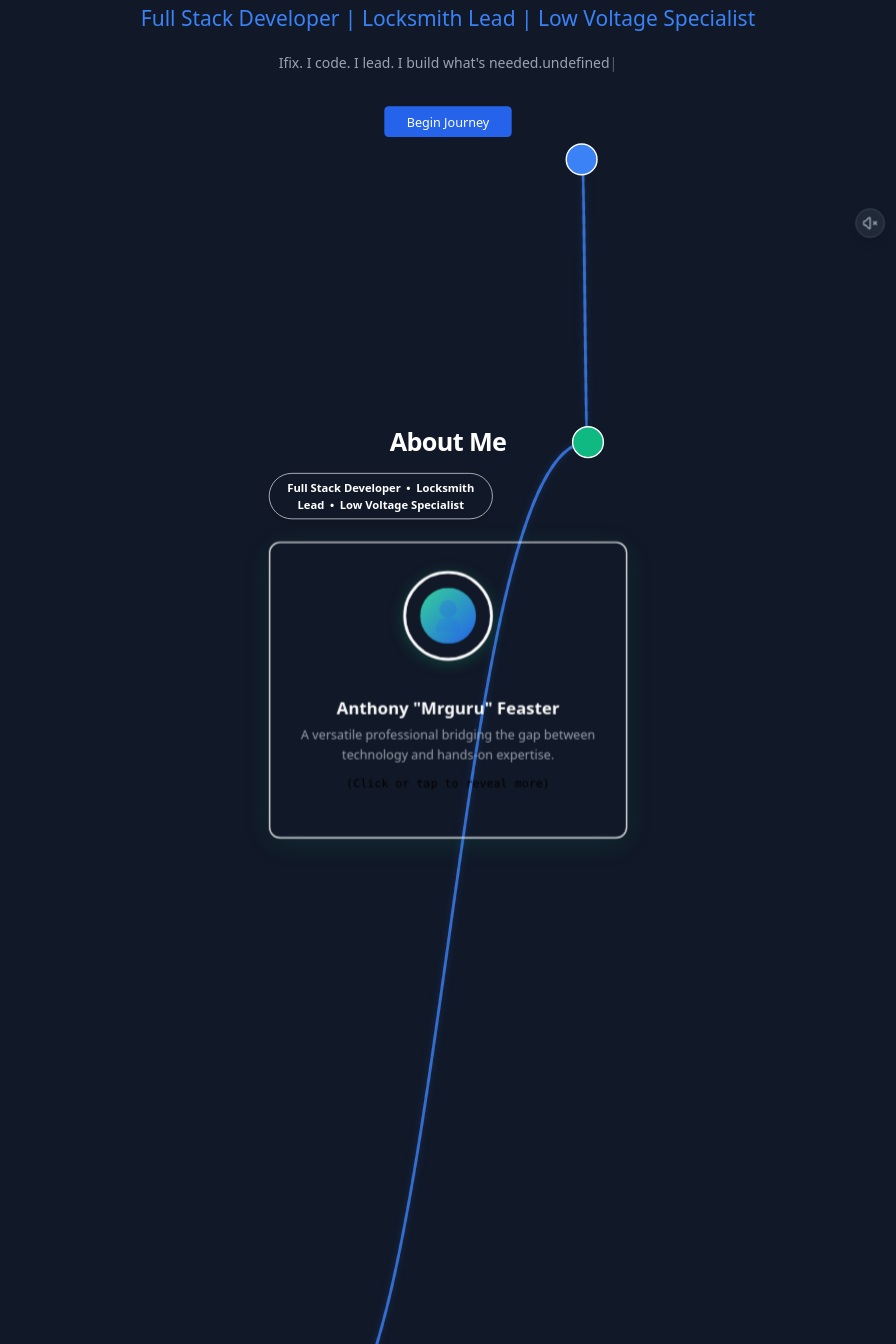
Repository: Mrguru2024/MyResumeSite
Page: /
An editor plug-in stored every save of this project. The page is shown before and after the next save, followed by the edit.
The browser window is 1280 px wide. The pictures show the part of the page from y = 364 to 2284 px (the page is 9893 px tall before and 9164 px after), at 70% of full size.
The project was rebuilt for these pictures with package versions that can differ from the ones it lists, and the page was loaded fresh each time. The framework's server and built-in components were replaced by stand-ins that run in the browser. Also part of the build but not shown: next.config.mjs.

Above is the page before, as saved 2025-05-11 18:55:00.

After the next save:
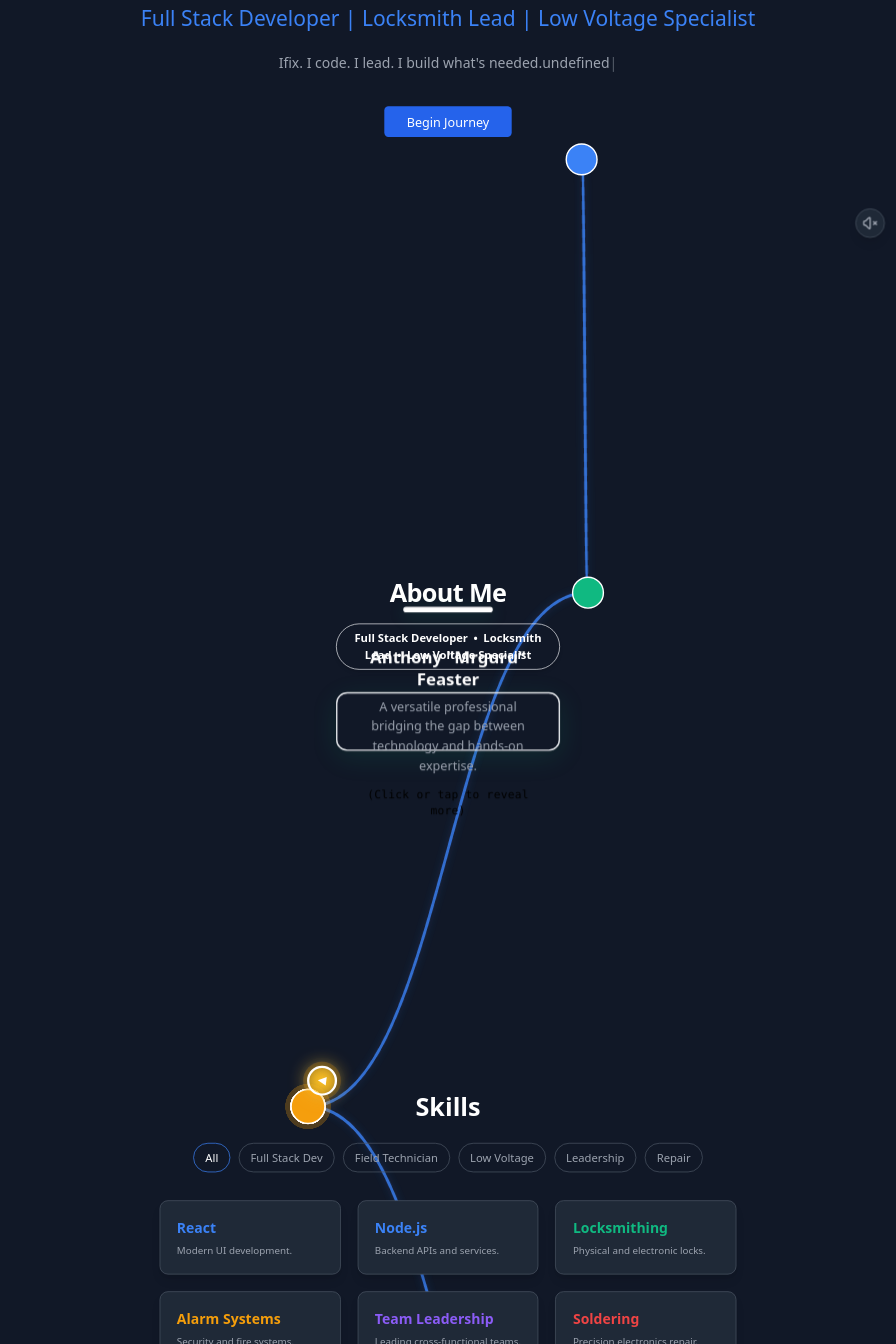
Saved 16 min 38 s later.
--- a/src/components/sections/About/index.tsx
+++ b/src/components/sections/About/index.tsx
@@ -157,7 +157,7 @@
                   type="button"
                   aria-pressed={isFlipped}
                   className={cn(
-                    "w-full rounded-2xl p-4 sm:p-6 md:p-10 shadow-2xl flex flex-col items-center justify-center border-2 border-transparent bg-white/30 dark:bg-background-dark/60 backdrop-blur-xl z-10 select-none transition-transform duration-300",
+                    "w-full rounded-2xl p-4 sm:p-6 md:p-10 shadow-2xl flex flex-col items-center justify-center border-2 border-transparent bg-white/30 dark:bg-background-dark/60 backdrop-blur-xl z-10 select-none transition-transform duration-300 absolute inset-0",
                     isFlipped && "pointer-events-none"
                   )}
                   style={{
@@ -169,7 +169,7 @@
                     transition: "border-color 0.4s, box-shadow 0.4s",
                     cursor: "pointer",
                     backfaceVisibility: "hidden",
-                    position: "relative",
+                    position: "absolute",
                     zIndex: 2,
                   }}
                   initial={{ opacity: 1 }}
@@ -260,7 +260,7 @@
                   type="button"
                   aria-pressed={!isFlipped}
                   className={cn(
-                    "w-full rounded-2xl p-4 sm:p-6 md:p-10 shadow-2xl flex flex-col justify-center border-2 border-transparent bg-background-dark/90 dark:bg-white/90 backdrop-blur-xl rotate-y-180 z-10 select-none transition-transform duration-300",
+                    "w-full rounded-2xl p-4 sm:p-6 md:p-10 shadow-2xl flex flex-col justify-center border-2 border-transparent bg-background-dark/90 dark:bg-white/90 backdrop-blur-xl z-10 select-none transition-transform duration-300 absolute inset-0",
                     !isFlipped && "pointer-events-none"
                   )}
                   style={{
@@ -273,7 +273,7 @@
                     cursor: "pointer",
                     backfaceVisibility: "hidden",
                     transform: "rotateY(180deg)",
-                    position: "relative",
+                    position: "absolute",
                     zIndex: 2,
                   }}
                   initial={{ opacity: 0 }}

After the save that followed:
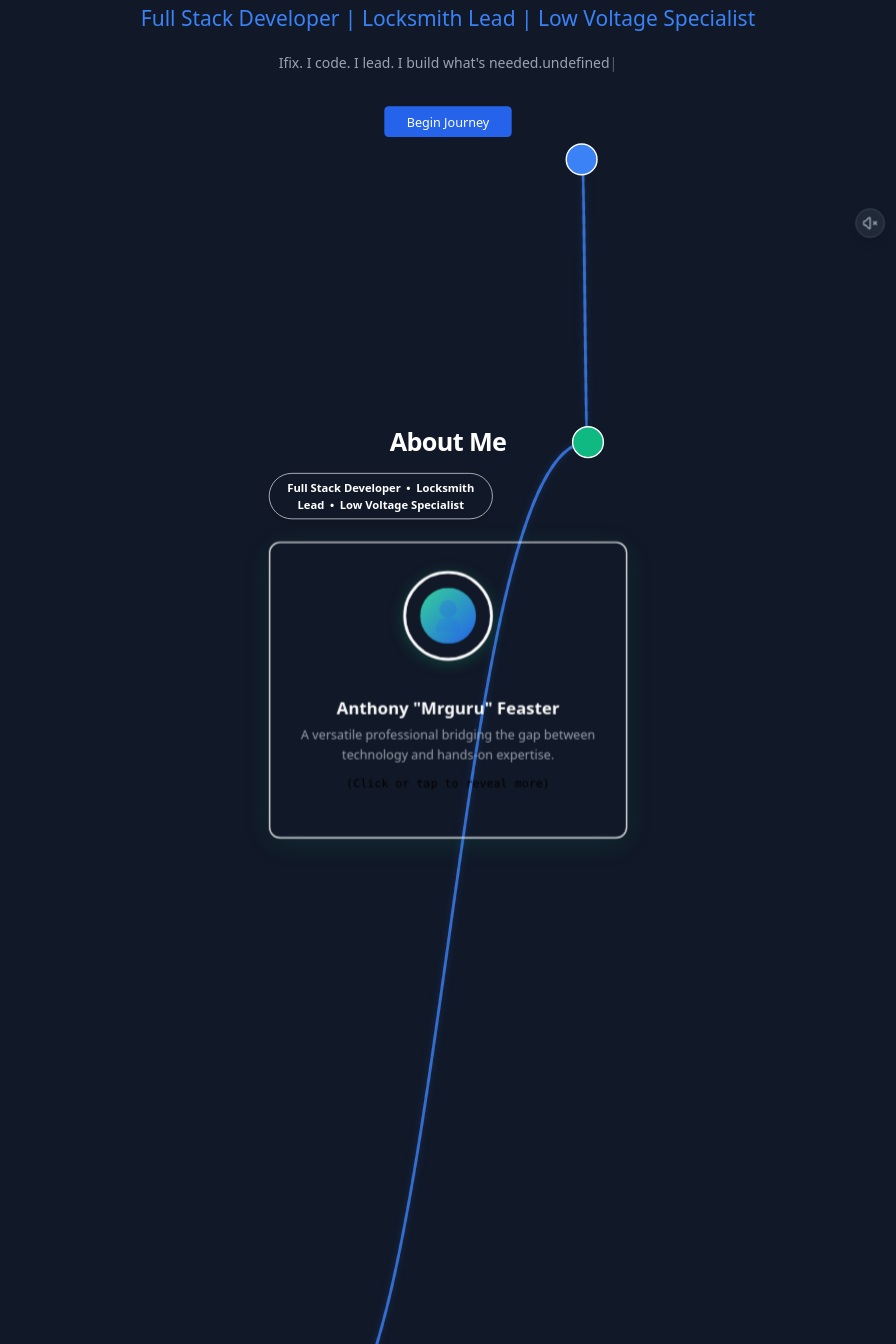
Saved 83 s later.
--- a/src/components/sections/About/index.tsx
+++ b/src/components/sections/About/index.tsx
@@ -157,7 +157,7 @@
                   type="button"
                   aria-pressed={isFlipped}
                   className={cn(
-                    "w-full rounded-2xl p-4 sm:p-6 md:p-10 shadow-2xl flex flex-col items-center justify-center border-2 border-transparent bg-white/30 dark:bg-background-dark/60 backdrop-blur-xl z-10 select-none transition-transform duration-300 absolute inset-0",
+                    "w-full rounded-2xl p-4 sm:p-6 md:p-10 shadow-2xl flex flex-col items-center justify-center border-2 border-transparent bg-white/30 dark:bg-background-dark/60 backdrop-blur-xl z-10 select-none transition-transform duration-300",
                     isFlipped && "pointer-events-none"
                   )}
                   style={{
@@ -169,7 +169,7 @@
                     transition: "border-color 0.4s, box-shadow 0.4s",
                     cursor: "pointer",
                     backfaceVisibility: "hidden",
-                    position: "absolute",
+                    position: "relative",
                     zIndex: 2,
                   }}
                   initial={{ opacity: 1 }}
@@ -260,7 +260,7 @@
                   type="button"
                   aria-pressed={!isFlipped}
                   className={cn(
-                    "w-full rounded-2xl p-4 sm:p-6 md:p-10 shadow-2xl flex flex-col justify-center border-2 border-transparent bg-background-dark/90 dark:bg-white/90 backdrop-blur-xl z-10 select-none transition-transform duration-300 absolute inset-0",
+                    "w-full rounded-2xl p-4 sm:p-6 md:p-10 shadow-2xl flex flex-col justify-center border-2 border-transparent bg-background-dark/90 dark:bg-white/90 backdrop-blur-xl rotate-y-180 z-10 select-none transition-transform duration-300",
                     !isFlipped && "pointer-events-none"
                   )}
                   style={{
@@ -273,7 +273,7 @@
                     cursor: "pointer",
                     backfaceVisibility: "hidden",
                     transform: "rotateY(180deg)",
-                    position: "absolute",
+                    position: "relative",
                     zIndex: 2,
                   }}
                   initial={{ opacity: 0 }}
